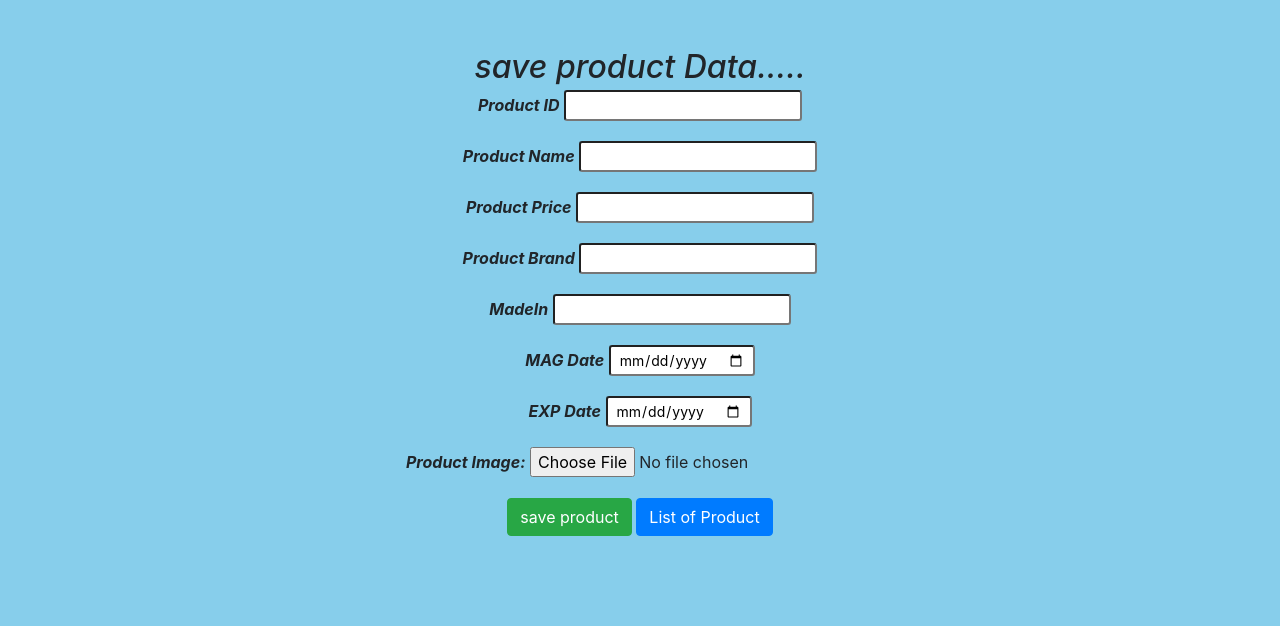
Repository: jrajesh111/Adv-java
Page: ProductAppproject/src/main/webapp/add-product.html
An editor plug-in stored every save of this project. The page is shown before and after the next save, followed by the edit.
The browser window is 1280 px wide. The pictures show the whole page.

Above is the page before, as saved 2024-03-09 06:41:14.

### ProductAppproject/src/main/webapp/add-product.html

<html>
<head>
	<title>Add Product</title>
	<!-- BootStrap CDN link TO GET THE SUPPURT Bootstrap-->
	<link rel="stylesheet"
		href="https://cdn.jsdelivr.net/npm/bootstrap@4.6.0/dist/css/bootstrap.min.css" rel="stylesheet">

	<!-- This is java script validation code location -->
	<script type="text/javascript"   src="formvalidation.js" >   </script>
</head>
<body style="background-color: skyblue;">

	<div class="container mt-5 text-center">
		<h2 class="text-center font-italic mb-1">save product Data.....</h2>

		<form method="post" action="./AddProductServlet" enctype="multipart/form-data" onsubmit="return validateForm()">

		<div class="form-group">
		<label class="font-italic font-weight-bold" for="proId">Product ID </label>
		<input type="text" class="form-control-sm" id="proId" name="proId" required>
		</div>

		<div class="form-group">
		<label class="font-italic font-weight-bold" for="proName">Product Name </label>
		<input type="text" class="form-control-sm" id="proName" name="proName" required>
		</div>


		<div class="form-group">
		<label class="font-italic font-weight-bold" for="proPrice">Product Price </label>
		<input type="text" class="form-control-sm" id="proPrice" name="proPrice" required>
		</div>

		<div class="form-group">
		<label class="font-italic font-weight-bold" for="proBrand">Product Brand </label>
		<input type="text" class="form-control-sm" id="proBrand" name="proBrand" required>
		</div>


		<div class="form-group">
		<label class="font-italic font-weight-bold" for="proMadeIn">MadeIn </label>
		<input type="text" class="form-control-sm" id="proMadeIn" name="proMadeIn" required>
		</div>


		<div class="form-group">
		<label class="font-italic font-weight-bold" for="Manufacturing Date">MAG Date </label>
		<input type="date" class="form-control-sm" id="Manufacturing Date" name="MfgDate" required>
		</div>


		<div class="form-group">
		<label class="font-italic font-weight-bold" for="Expiry Date">EXP Date </label>
		<input type="date" class="form-control-sm" id="Expiry Date" name="ExpiryDate" required>
		</div>




		<div class="form-group">
		<label class="font-italic font-weight-bold" for="proImage" > Product Image:</label>
		<input type="file" class="form-control-file-sm" id="proImage" name="proImage" accept="image/*" required >
		</div>

		<div >
		<input type="submit" class="btn btn-success" value="save product">
		<a href="productList.jsp" class="btn btn-primary"> List of Product</a>
		</div>
		</form>
	</div>
</body>
</html>

### ProductAppproject/src/main/webapp/formvalidation.js
function validateForm()
{
	//Read the form data
	var proId=document.getElementById("proId").value;
	var proName=document.getElementById("proName").value;
	var proPrice=document.getElementById("proPrice").value;
	var proBrand=document.getElementById("proBrand").value;
	var proMadeIn=document.getElementById("proMadeIn").value;

	if(proId.trim()=== "" || proName.trim()=== ""||proPrice.trim()=== ""||proBrand.trim()=== ""||proMadeIn.trim()=== "")
	{
		alert("All fields must be filled out");
	    return false;
	}
	if(parseFloat(proPrice)<0)
	{
		alert("proPrice must be a non-negative value");
		return false;
	}
	if(proName.length>50 || proBrand.length>50)
	{
		alert("Product name and proBrand must be less than 50 charecters");
		return false;
	}
	//get the mfg & exp dates
	var proMfgDate=document.getElementById("proMfgDate").value;
	var proExpDate =document.getElementById("proExpDate").value;

	//convert into date format
	var manufacturingDateObj=new Date(proMfgDate);
	var expiryDateObj=new Date(proExpDate);

	//check the validation of dates
	if(manufacturingDateObj>expiryDateObj)
	{
		alert("Manufacturing date cannot be greater than expiry date.");
		return false;
	}
	return true;
}

After the next save:
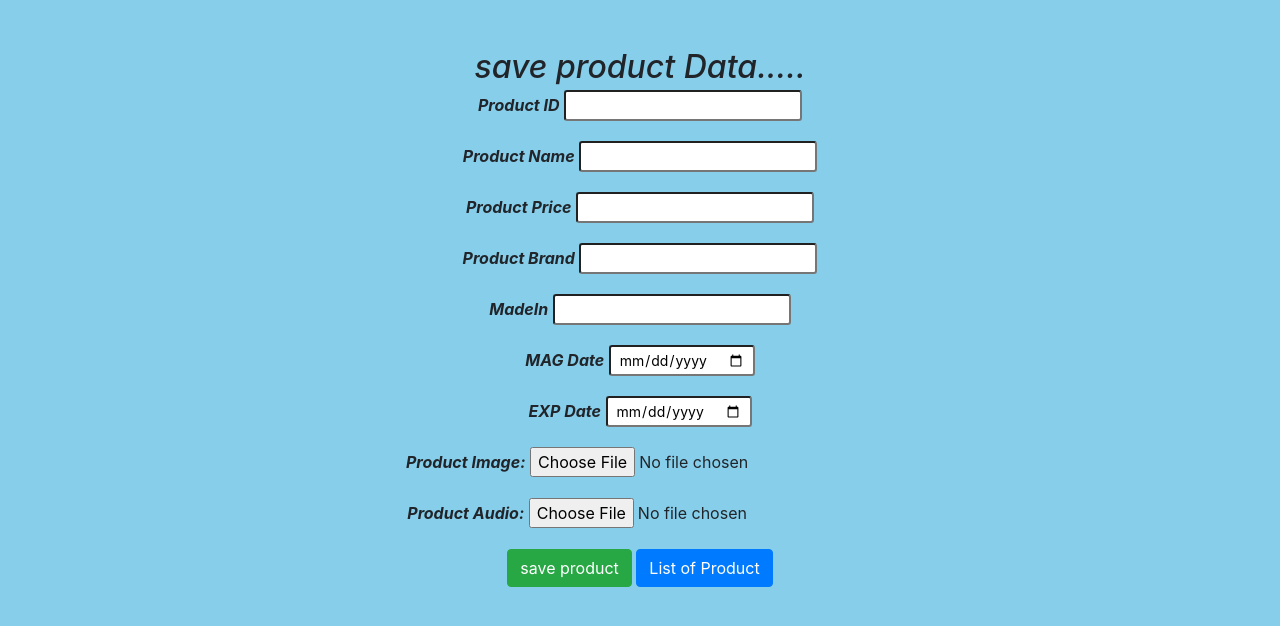
Saved 2 min 28 s later.
--- a/ProductAppproject/src/main/webapp/add-product.html
+++ b/ProductAppproject/src/main/webapp/add-product.html
@@ -63,6 +63,13 @@
 		<input type="file" class="form-control-file-sm" id="proImage" name="proImage" accept="image/*" required >
 		</div>
 
+
+		<div class="form-group">
+		<label class="font-italic font-weight-bold" for="proAudio" > Product Audio:</label>
+		<input type="file" class="form-control-file-sm" id="proAudio" name="proAudio" accept="audio/*" required >
+		</div>
+
+
 		<div >
 		<input type="submit" class="btn btn-success" value="save product">
 		<a href="productList.jsp" class="btn btn-primary"> List of Product</a>
